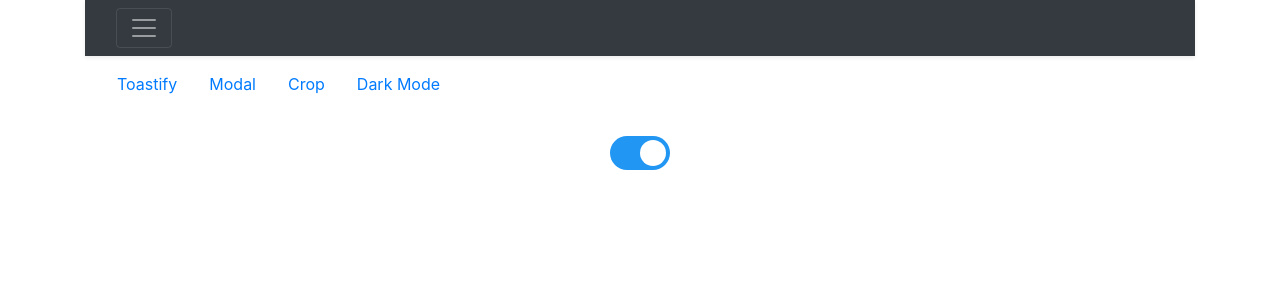
Repository: shankaraswal/react-multiple-ex
Page: /dark
These files come from the project's save history. The page is drawn as it stood at one moment and after the next save; the edit follows.
The browser window is 1280 px wide. The pictures show the whole page.
The first `input` is checked.
The project was rebuilt for these pictures with package versions that can differ from the ones it lists, and the page was loaded fresh each time. Also part of the build but not shown: src/components/Toastify/Toastify.js, src/components/common/CopyArea.js, src/components/ModalPop/ModalPop.js.

Above is the page before, as saved 2020-02-04 19:00:02.

After the next save:
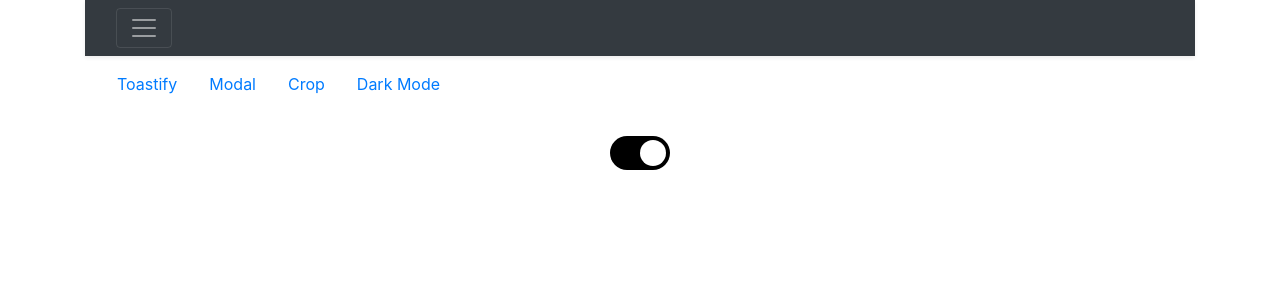
Saved 4 s later.
--- a/src/components/DarkMode/DarkMode.css
+++ b/src/components/DarkMode/DarkMode.css
@@ -39,7 +39,7 @@
 }
 
 input:checked+.slider {
-  background-color: #2196F3;
+  background-color: #000;
 }
 
 input:focus+.slider {
